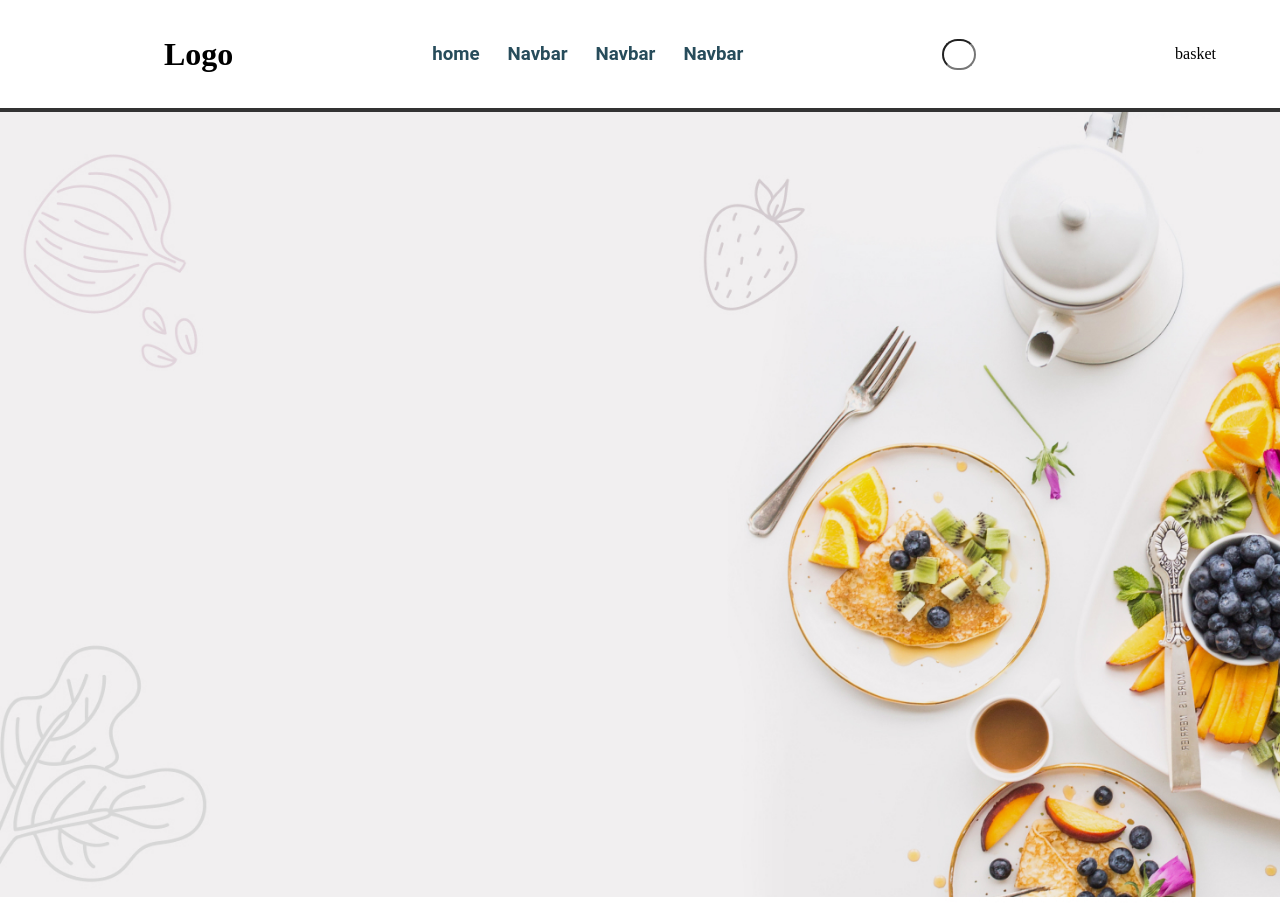
Repository: Islam432/Islam-and-Arsi---team
Page: /
The author's editor kept a copy of each file at every save. The page is drawn from the files as they stood at one save, then again after a run of saves.
The browser window is 1280 px wide. The pictures show the whole page.
The project was rebuilt for these pictures with package versions that can differ from the ones it lists, and the page was loaded fresh each time. Also part of the build but not shown: vite.config.js, src/App.css, src/components/Comp/Comp.jsx.

Above is the page before, as saved 2023-03-12 00:03:29.

### src/main.jsx
import React from "react";
import ReactDOM from "react-dom/client";
import App from "./App";
import "./index.css";
import { BrowserRouter } from "react-router-dom";


ReactDOM.createRoot(document.getElementById("root")).render(
  <React.StrictMode>

      <BrowserRouter>
        <App />
      </BrowserRouter>

  </React.StrictMode>
);

### src/App.jsx
import { useState } from "react";
import reactLogo from "./assets/react.svg";
import "./App.css";
import { Route, Routes } from "react-router-dom";
import { Layout } from "./components/Layout";
import { Home } from "./components/Home/Home";
import { Comp } from "./components/Comp/Comp";

function App() {
  return (

    <Layout>  <Routes>
    <Route path="/" element = {<Home/>}/>
    <Route path="/comp" element= {<Comp/>} />
  </Routes></Layout>

  );
}

export default App;

### src/components/Layout/index.jsx
import React from 'react'
import { Navbar } from '../Navbar/Navbar'

export const Layout = ({children}) => {
  return (
  <>
 <Navbar/>
  <main>{children}</main>
  </>
  )
}

### src/components/Home/Home.jsx
import React from 'react'
import styles from './Home.module.css'


export const Home = () => {
  return (
    <div className={styles.cont}>
      <div className={styles.blok1}></div>
    </div>
  )
}

### src/components/Navbar/Navbar.jsx
import React from "react";
import { NavLink } from "react-router-dom";
import styles from "./Navbar.module.css";

export const Navbar = () => {
  return (
    <div className={styles.cont}>
      <form className={styles.allnav}>
       <div className={styles.logo}> <div className={styles.logoimg}></div> <h1>Logo</h1></div>

        <div className={styles.navbar}>
          <NavLink to={'/'} className={styles.NavLink}>
            <h3>home</h3>
          </NavLink>
          <NavLink to={'/comp'} className={styles.NavLink}>
            <h3>Navbar</h3>
          </NavLink>
          <NavLink className={styles.NavLink}>
            <h3>Navbar</h3>
          </NavLink>
          <NavLink className={styles.NavLink}>
            <h3>Navbar</h3>
          </NavLink>

        </div>

        <div className={styles.inputblok}>
          <input type="text" placeholder="serch" />
        </div>

        <div>basket</div>
      </form>
    </div>
  );
};

### src/components/Home/Home.module.css
.cont{
    margin: 0;



}
.blok1{
    background-image: url('./Banner.jpg');
  width: 100%;
 object-fit: cover;
min-height: 110vh;

    background-size: cover;
}

### src/components/Navbar/Navbar.module.css
.cont {
    margin: 0;
  display: flex;
  align-items: center;
  justify-content: center;
  height: 15vh;
  background: #ffffff;
border-bottom: 4px solid #333;
}
.logo{
  display: flex;
  align-items: center;
}
.logoimg{
width: 100px;
height: 100px;
b
}

.allnav {
  display: flex;
  align-items: center;
  justify-content: space-between;
  width: 90%;
  height: 10vh;

}
.navbar {
  display: flex;
  justify-content: space-around;
  align-items: center;
  gap: 28px;

  font-family: Roboto;
  font-style: Bold;
  font-size: 16px;
  color: #274C5B;

}
.NavLink{
    text-decoration: none;
    color: #274C5B;
}
input{
  font-size: 15px;
  outline: none;
  padding: 5px;
  transition: all 0.5s ease-in, box-shadow 0.6s ease-in;
 width: 20px;
 cursor: pointer;

 border-radius: 100px;
}
input::placeholder{
  opacity: 0;
  color: #0f2a5f;
  transition: 1.1s linear;
}

input:hover{
  transition: all 0.2s ease-in ;
  box-shadow: 0px 0px 5px blue;
}
input:focus::placeholder{
  opacity: 1;
  transition: 1.2s linear;

}
input:focus,

input:not(:placeholder-shown){
  padding: 10px 20px;
  border-radius: 1000px;

  width: 150px;
  transition:  all 0.8s ease-out;
  box-shadow: 0px 0px 20px rgb(151, 248, 255);
}

Loaded but not shown: index.html (common file); src/index.css (common file)

After the next 10 saves:
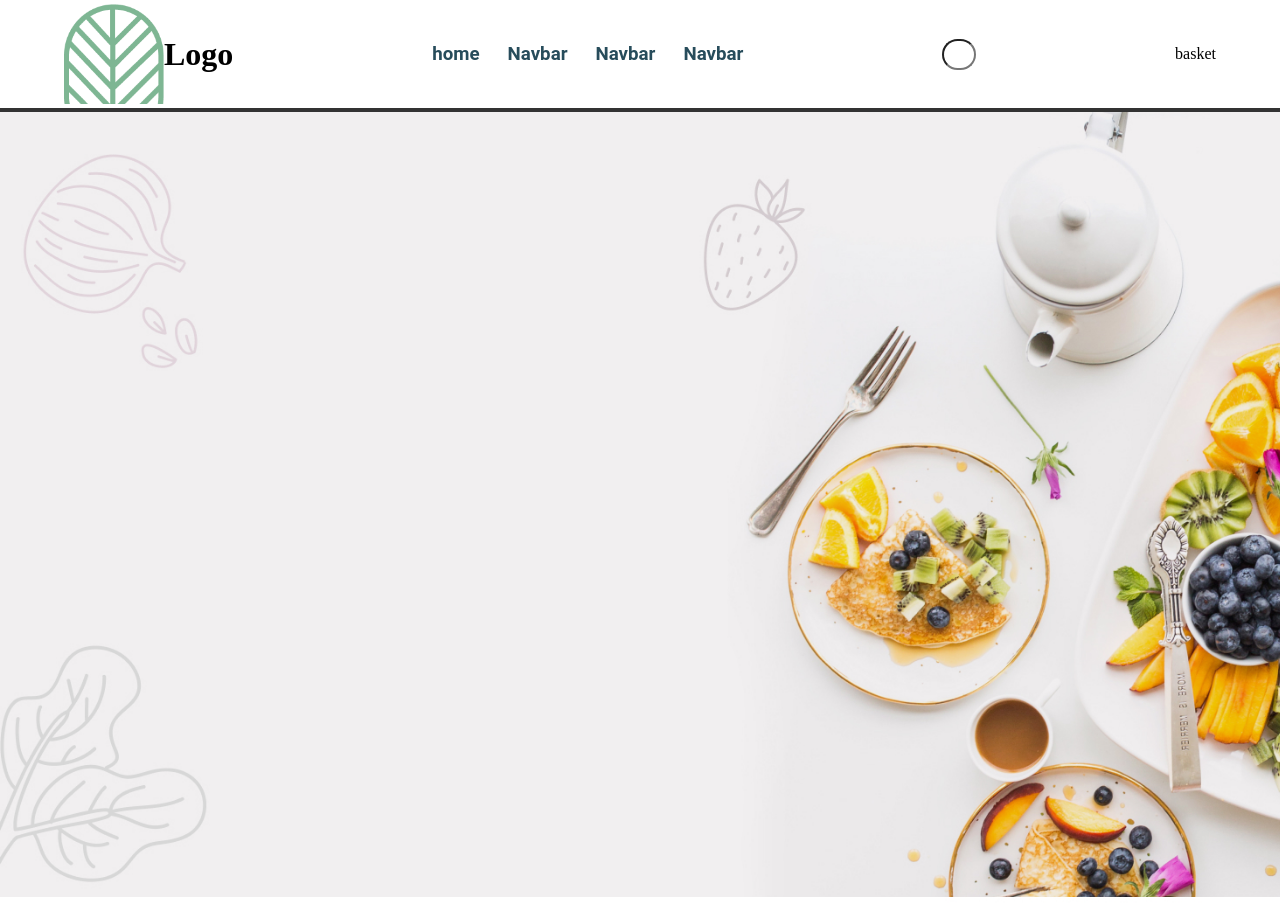
The 10 saves are shown as one change because they came seconds apart.
The last was saved 20 s later.
--- a/src/components/Navbar/Navbar.module.css
+++ b/src/components/Navbar/Navbar.module.css
@@ -14,7 +14,8 @@ border-bottom: 4px solid #333;
 .logoimg{
 width: 100px;
 height: 100px;
-b
+background-image: url('./logologo.png');
+background-size: cover;
 }
 
 .allnav {
